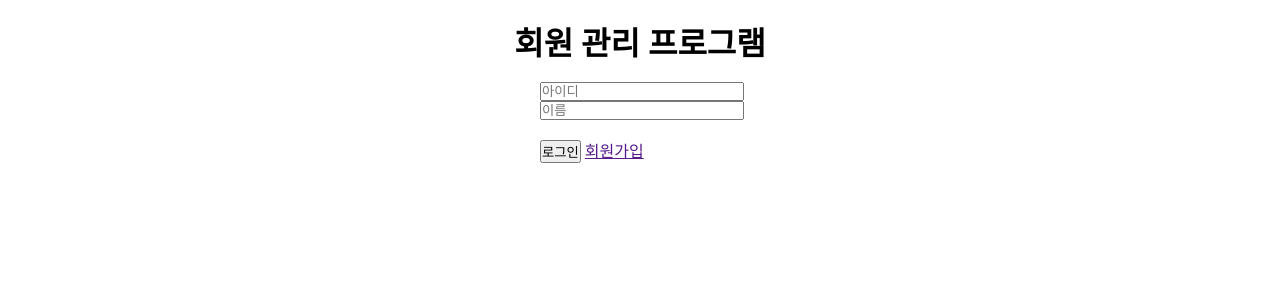
Repository: soeun1365/ServerProgram1
Page: http://localhost/ServerProgram1/login.jsp
The author's editor kept a copy of each file at every save. The page is drawn from the files as they stood at one save, then again after the next save.
The browser window is 1280 px wide. The pictures show the whole page.
The page is served by Tomcat 9.

Above is the page before, as saved 2021-06-14 06:30:09.

After the next save:
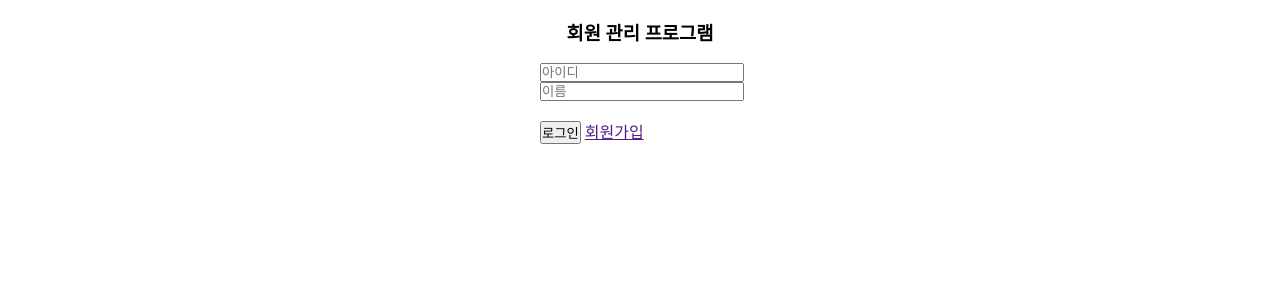
Saved 13 s later.
--- a/ServerProgram1/WebContent/login.jsp
+++ b/ServerProgram1/WebContent/login.jsp
@@ -10,7 +10,7 @@
 			padding: 0;
 			margin: 0 auto;
 		}
-		h1{
+		h3{
 			text-align: center;
 		}
 		form, input{
@@ -21,7 +21,7 @@
 <body>
 
 	<br>
-	<h1>회원 관리 프로그램</h1><br>
+	<h3>회원 관리 프로그램</h3><br>
 	<form>
 
 		<input type="text" placeholder="아이디"><br>
